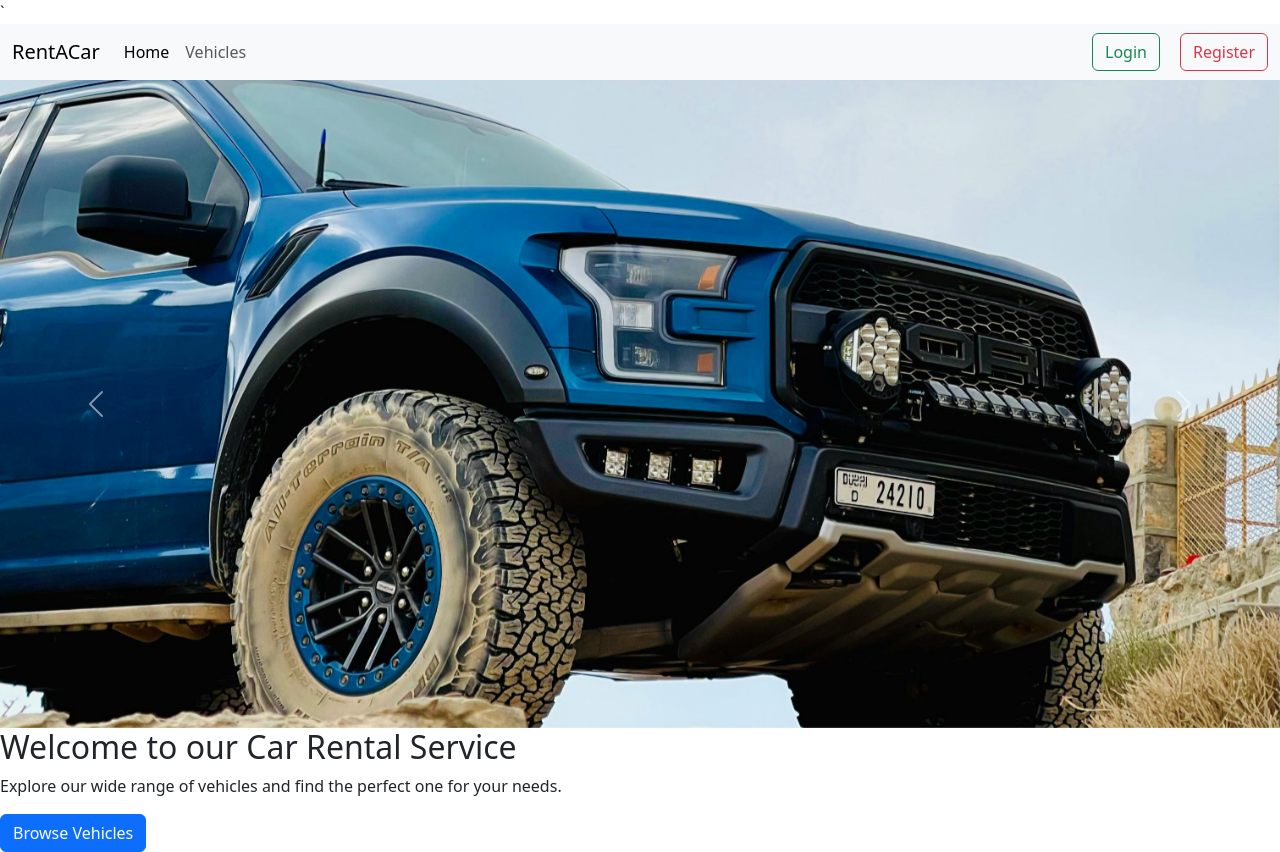
Repository: VimashaVishvani/VehicleRental
Page: http://localhost/Vehicle_rentalDb/
The author's editor kept a copy of each file at every save. The page is drawn from the files as they stood at one save, then again after the next save.
The browser window is 1280 px wide. The pictures show the whole page.
The page is served by Tomcat 9.

Above is the page before, as saved 2024-05-04 19:16:32.

After the next save:
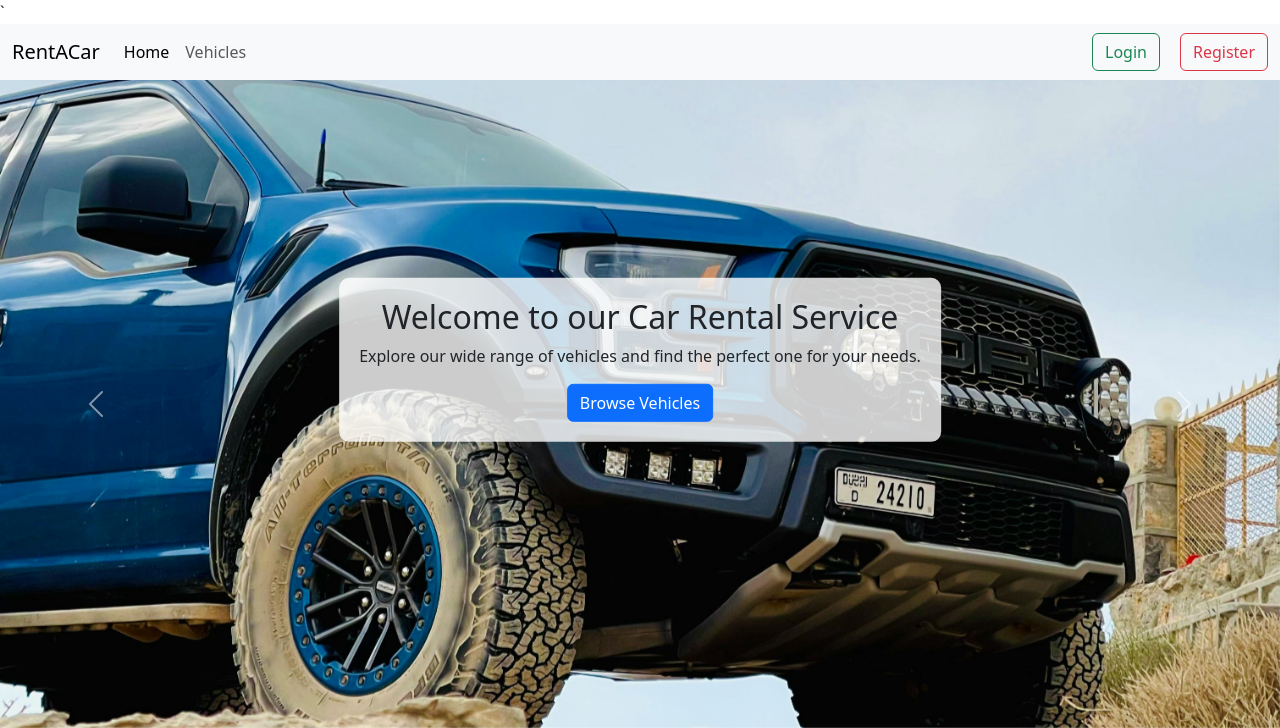
Saved 81 s later.
--- a/Vehicle_rentalDb/src/main/webapp/index.jsp
+++ b/Vehicle_rentalDb/src/main/webapp/index.jsp
@@ -11,15 +11,22 @@
 
 <style>
 .courosalImages{
-		height:90vh;
-		object-fit:cover;
+    height:90vh;
+    object-fit:cover;
 }
 .overlay-content{
-	z-index: 5;
-	top:20%;
+    position: absolute;
+    top: 50%;
+    left: 50%;
+    transform: translate(-50%, -50%);
+    z-index: 1000; /* Make sure this value is higher than the z-index of the carousel */
+    background-color: rgba(255, 255, 255, 0.8); /* Add a background color with some transparency */
+    padding: 20px;
+    border-radius: 10px;
+    text-align: center;
 }
 .carousel{
-	z-index:1;
+    z-index:1;
 }
 
 </style>
@@ -77,9 +84,7 @@
     <h2>Welcome to our Car Rental Service</h2>
     <p>Explore our wide range of vehicles and find the perfect one for your needs.</p>
     <a href="#" class="btn btn-primary">Browse Vehicles</a>
-  </div>
-
-
+</div>
 
 </body>
 </html>
